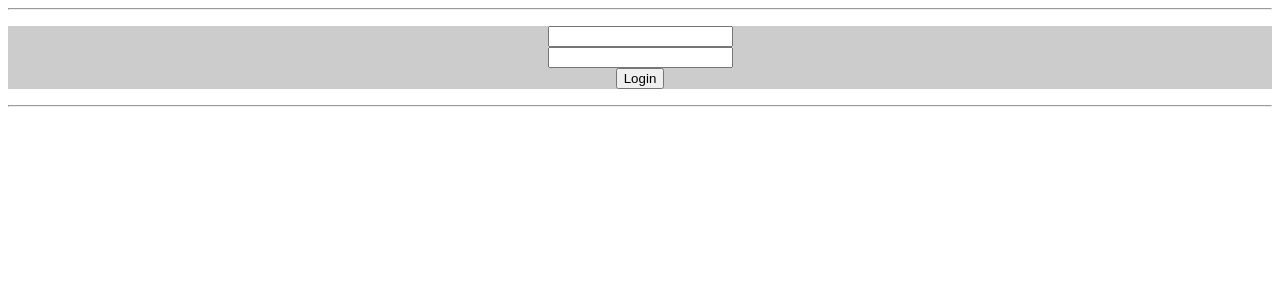
Repository: amirdt22/CT390_Project
Page: http://localhost/craig-project/
An editor plug-in stored every save of this project. The page is shown before and after the next save, followed by the edit.
The browser window is 1280 px wide. The pictures show the whole page.
The page is served by Tomcat 9.

Above is the page before, as saved 2012-04-22 12:46:57.

After the next save:
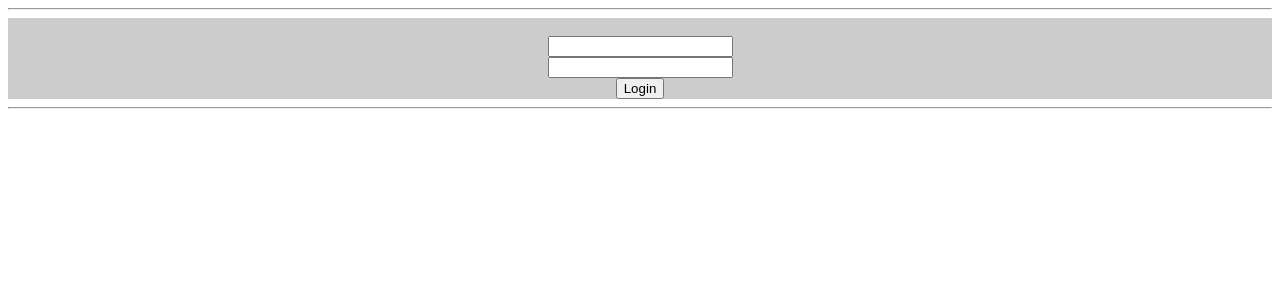
Saved 72 s later.
--- a/craig-project/WebContent/index.jsp
+++ b/craig-project/WebContent/index.jsp
@@ -9,12 +9,10 @@
 <body>
 <center>
 <hr>
-<form style="background-color: #CCCCCC" action="Login" method="POST">
-<p>
+<form style="background-color: #CCCCCC" action="Login" method="POST"><br>
 	<input type="text" name="username" id="username"/><br>
 	<input type="password" name="password" id="password"/><br>
-	<input type="submit" value="Login" id="loginSubmit"/>
-</p>
+	<input type="submit" value="Login" id="loginSubmit"/><br>
 </form>
 <hr>
 </center>
